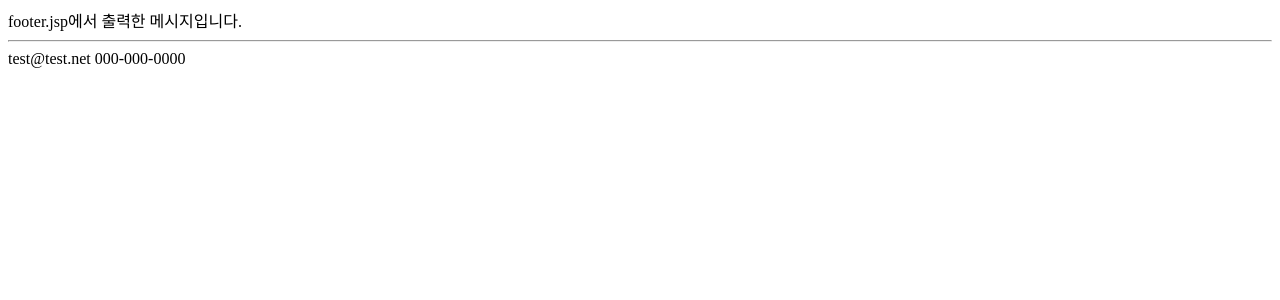
Repository: JeongDaejin/JSP-
Page: http://localhost/ServletTest/include_action.jsp
The author's editor kept a copy of each file at every save. The page is drawn from the files as they stood at one save, then again after the next save.
The browser window is 1280 px wide. The pictures show the whole page.
The page is served by Tomcat 9.

Above is the page before, as saved 2023-02-01 03:23:32.

After the next save:
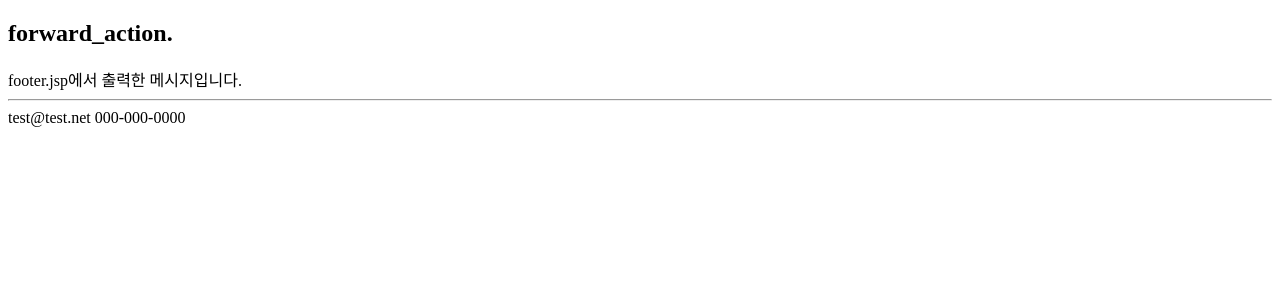
Saved 4 s later.
--- a/JSPExam2/ServletTest/src/main/webapp/include_action.jsp
+++ b/JSPExam2/ServletTest/src/main/webapp/include_action.jsp
@@ -7,6 +7,7 @@
 <title>Insert title here</title>
 </head>
 <body>
+<h2>forward_action.</h2>
 	<jsp:include page="footer2.jsp">
 		<jsp:param name="email" value="test@test.net"/>
 		<jsp:param name="tel" value="000-000-0000"/>
